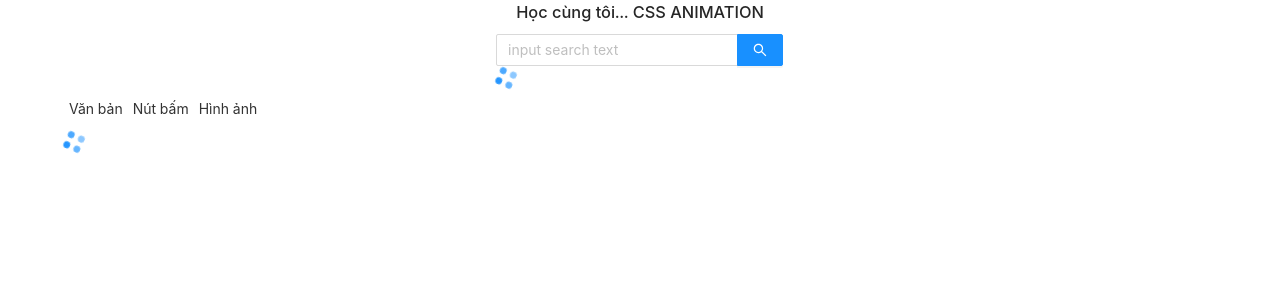
Repository: phuchoa2001/cssanimationNextjs
Page: /
The author's editor kept a copy of each file at every save. The page is drawn from the files as they stood at one save, then again after the next save.
The browser window is 1280 px wide. The pictures show the whole page.
The page's requests for data from a server got no answer. The project was rebuilt for these pictures with package versions that can differ from the ones it lists, and the page was loaded fresh each time. The framework's server and built-in components were replaced by stand-ins that run in the browser. No one was signed in, and anything a server would have sent is missing. Also part of the build but not shown: next.config.js, components/Item/Item.jsx.

Above is the page before, as saved 2022-09-15 16:12:41.

### pages/_app.js
import '../styles/globals.css'
import 'antd/dist/antd.css';


function MyApp({ Component, pageProps }) {
  return <Component {...pageProps} />
}

export default MyApp

### pages/index.js
import { Spin } from "antd";
import Link from "next/link";
import { Pagination } from 'antd';
import { useEffect, useState } from "react";

import Item from "../components/Item/Item";
import Search from "../components/Search/Search";

export default function Home() {
  const [list, setList] = useState([]);
  const [page, setPage] = useState(1);
  const [meta, setMeta] = useState({});
  const [isloading, setIsloading] = useState(false);
  useEffect(() => {
    setIsloading(true)
    async function fetchApi() {
      const res = await fetch(`http://localhost:3001/css/app?page_size=10&page=${page}`);
      const apps = await res.json();
      setIsloading(false)
      setList(apps.data)
      setMeta(apps.meta)
    }
    fetchApi();
    // eslint-disable-next-line react-hooks/exhaustive-deps
  }, [page])
  const handleChange = (value) => {
    setPage(value);
  }
  return (
    <div className="App" id="app">
      <div className='wrapper' >
        <div className="header">
          <h3 className='text'>Học cùng tôi... CSS ANIMATION</h3>
          <div className="sidebar">
            <Search />
            {!isloading ?
              <div className="page">
                <Pagination simple current={meta.current_page} total={meta.total} onChange={handleChange} />
              </div> : <Spin />
            }
          </div>
        </div>
        <div className='listLink'>
          <a href="#text" className='link'>Văn bản</a>
          <a href="#button" className='link'>Nút bấm</a>
          <a href="#image" className='link'>Hình ảnh</a>
        </div>
        {!isloading ?
          <div className="list">
            {list.map((app) =>
              <Item key={app["_id"]} {...app} />
            )}
          </div> : <Spin />}
      </div>
    </div>
  );
}

### styles/globals.css
html {
  scroll-behavior: smooth;
}
body {
  font-family: sans-serif;
}
.wrapper {
  width: 90%;
  margin: 0 auto;
}
.list {
  display: grid;
  grid-template-columns: repeat(2, 1fr);
  gap: 8px;
}
.components {
  border: 1px solid #333;
  height: 300px;
}
.text {
  text-align: center;
}
.header {
  display: flex;
  width: 100%;
  justify-content: center;
  flex-direction: column;
  align-items: center;
}
.listLink {
  margin: 10px 0px;
}
.link {
  color: #333;
  margin: 0px 5px;
}
.page {
  margin-top: 10px;
}
@media only screen and (max-width: 1023px) {
  .list {
    grid-template-columns: repeat(1, 1fr);
    gap: 8px;
  }
}

### components/Search/Search.jsx
import React from "react";
import styled from "styled-components";
import { Input, Space } from "antd";

const SearchStyles = styled.div``;
const { Search } = Input;
function SearchComponent(props) {
  const handleSearch = (value) => {
    console.log("value", value);
  };
  return (
    <SearchStyles>
      <Search
        placeholder="input search text"
        onSearch={handleSearch}
        enterButton
      />
    </SearchStyles>
  );
}

export default SearchComponent;

### components/Category/ListCategory.jsx
import React from "react";

import styled from "styled-components";

function ListCategory() {
  return <div>Page ListCategory</div>;
}

export default ListCategory;

After the next save:
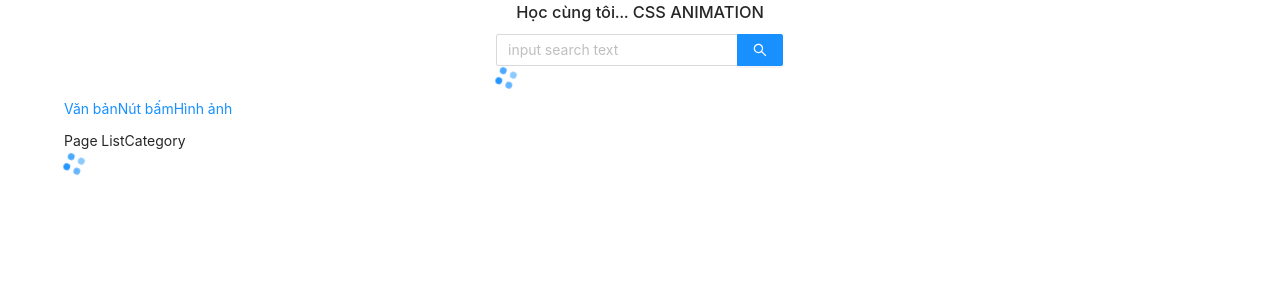
Saved 2 s later.
--- a/pages/index.js
+++ b/pages/index.js
@@ -5,6 +5,7 @@ import { useEffect, useState } from "react";
 
 import Item from "../components/Item/Item";
 import Search from "../components/Search/Search";
+import ListCategory from "../components/Category/ListCategory";
 
 export default function Home() {
   const [list, setList] = useState([]);
@@ -41,10 +42,11 @@ export default function Home() {
           </div>
         </div>
         <div className='listLink'>
-          <a href="#text" className='link'>Văn bản</a>
-          <a href="#button" className='link'>Nút bấm</a>
-          <a href="#image" className='link'>Hình ảnh</a>
+          <Link href="#text" className='link'>Văn bản</Link>
+          <Link href="#button" className='link'>Nút bấm</Link>
+          <Link href="#image" className='link'>Hình ảnh</Link>
         </div>
+        <ListCategory />
         {!isloading ?
           <div className="list">
             {list.map((app) =>
